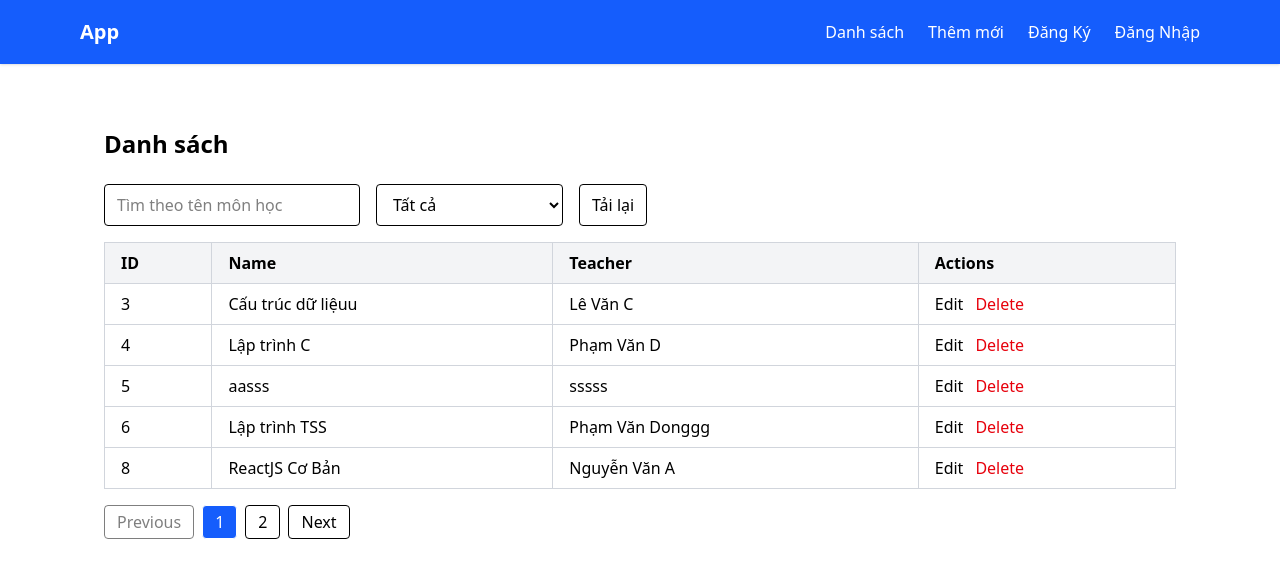
Repository: DODUCHUY195/Lap_Trinh_TypeScript
Page: /
The author's editor kept a copy of each file at every save. The page is drawn from the files as they stood at one save, then again after the next save.
The browser window is 1280 px wide. The pictures show the whole page.
The page's requests for data from a server got no answer. The project was rebuilt for these pictures with package versions that can differ from the ones it lists, and the page was loaded fresh each time. No one was signed in, and anything a server would have sent is missing. Requests to the local data server were answered from the project's data file. Also part of the build but not shown: vite.config.ts, src/pages/Add.tsx, src/pages/Edit.tsx, src/pages/AuthPage.tsx.

Above is the page before, as saved 2026-01-28 18:48:27.

### src/App.tsx
import { Toaster } from "react-hot-toast";
import { Link, Routes, Route } from "react-router-dom";

import List from "./pages/List";
import Add from "./pages/Add";
import Edit from "./pages/Edit";
import AuthPage from "./pages/AuthPage";


function App() {


  return (
    <>
      {/* NAVBAR */}

      <nav className="bg-blue-600 text-white shadow">
        <div className="max-w-6xl mx-auto px-4 h-16 flex items-center justify-between">
          <Link to="/" className="text-xl font-semibold">
            <strong>App</strong>
          </Link>

          <div className="flex items-center space-x-6">
            <Link to="/" className="hover:text-gray-200">
              Danh sách
            </Link>
            <Link to="/add" className="hover:text-gray-200">
              Thêm mới
            </Link>
             <Link to="/register" className="hover:text-gray-200">
              Đăng Ký
            </Link>
            <Link to="/login" className="hover:text-gray-200">
              Đăng Nhập
            </Link>
          </div>
        </div>
      </nav>

      <div className="max-w-6xl mx-auto mt-10 px-4">
        <Routes>
          <Route path="/" element={<List />} />
          <Route path="/add" element={<Add />} />
          <Route path="/edit/:id" element={<Edit />} />
          <Route path="/register" element={<AuthPage />} />
          <Route path="/login" element={<AuthPage isLogin={true} />} />

        </Routes>
      </div>

      <Toaster />
    </>
  );
}

export default App;

### src/pages/List.tsx
// Trang List: Hiển thị danh sách môn học với tìm kiếm theo tên, lọc theo giáo viên và phân trang
// - Gọi API qua axios tới json-server/json-server-auth
// - name_like: tìm theo tên (không phân biệt hoa/thường)
// - _page/_limit: phân trang
// - Authorization: kèm token khi cần (PUT/POST/DELETE; GET tùy rules)
// Import hook React để quản lý state và life-cycle
import { useEffect, useState } from "react";
// Import axios để gọi HTTP API
import axios from "axios";
// Import Link để điều hướng tới trang sửa
import { Link } from "react-router-dom";

// Khai báo kiểu dữ liệu Subject (một dòng trong danh sách)
type Subject = {
  // Khóa chính
  id: number;
  // Tên môn học
  name: string;
  // Số tín chỉ
  credit: number;
  // Loại môn học
  category: string;
  // Giáo viên phụ trách
  teacher: string;
};

function ListSimple() {

  // Danh sách môn học hiển thị trong bảng
  const [subjects, setSubjects] = useState<Subject[]>([]);
  // Từ khóa tìm kiếm theo tên
  const [searchTerm, setSearchTerm] = useState<string>("");
  // Giáo viên lọc (mặc định "Tất cả")
  const [teacherFilter, setTeacherFilter] = useState<string>("Tất cả");
  // Trang hiện tại
  const [currentPage, setCurrentPage] = useState<number>(1);
  // Số item mỗi trang
  const itemsPerPage = 5;
  // Danh sách giáo viên cho combobox
  const [teachers, setTeachers] = useState<string[]>(["Tất cả"]);
  // Tổng số trang (tính từ X-Total-Count header)
  const [totalPages, setTotalPages] = useState<number>(1);

  // Lần đầu vào trang: tải danh sách giáo viên
  useEffect(() => {
    const getTeachers = async () => {
      try {
        // Đọc token (nếu đã login) để gắn Authorization cho API cần quyền
        const token = localStorage.getItem("accessToken");
        const headers = token ? { Authorization: `Bearer ${token}` } : undefined;
        // Gọi API lấy toàn bộ (phân trang lớn) rồi suy ra danh sách giáo viên duy nhất
        // name_like không cần ở đây vì chỉ cần teacher
        const res = await axios.get<Subject[]>("http://localhost:3000/subject?_page=1&_limit=1000", { headers });
        const unique = Array.from(new Set(res.data.map((s) => s.teacher))).filter(Boolean);
        // Thêm "Tất cả" đứng đầu để tiện lọc
        setTeachers(["Tất cả", ...unique]);
      } catch (error) {
        // Log lỗi đơn giản
        console.log(error);
      }
    };
    getTeachers();
  }, []);

  // Khi thay đổi từ khóa hoặc giáo viên → reset về trang 1
  useEffect(() => {
    setCurrentPage(1);
  }, [searchTerm, teacherFilter]);

  // Mỗi khi search/filter/page thay đổi → gọi API danh sách
  useEffect(() => {
    const loadSubjects = async () => {
      try {
        const params = new URLSearchParams();
        // Xây dựng query: tìm theo name_like và lọc teacher
        if (searchTerm.trim()) params.set("name_like", searchTerm.trim());
        if (teacherFilter && teacherFilter !== "Tất cả") params.set("teacher", teacherFilter);
        // Phân trang theo _page/_limit (chuẩn json-server)
        params.set("_page", String(currentPage));
        params.set("_limit", String(itemsPerPage));
        // Nếu có token, gắn Authorization
        const token = localStorage.getItem("accessToken");
        const headers = token ? { Authorization: `Bearer ${token}` } : undefined;
        const res = await axios.get<Subject[]>(`http://localhost:3000/subject?${params.toString()}`, { headers });
        // Đọc tổng bản ghi từ header x-total-count để tính tổng trang
        const total = Number(res.headers["x-total-count"] ?? res.headers["X-Total-Count"] ?? "0");
        setSubjects(res.data);
        setTotalPages(Math.max(1, Math.ceil(total / itemsPerPage)));
      } catch (error) {
        console.log(error);
      }
    };
    loadSubjects();
  }, [searchTerm, teacherFilter, currentPage]);
  // Đảm bảo trang hiện tại không vượt quá tổng trang
  const page = Math.min(currentPage, totalPages);
  // Tạo mảng số trang [1..totalPages] để render nút
  const pages = Array.from({ length: totalPages }, (_, i) => i + 1);

  return (
    <div className="p-6">
      {/* Tiêu đề trang */}
      <h1 className="text-2xl font-semibold mb-6">Danh sách</h1>

      {/* Khu vực tìm kiếm và lọc giáo viên */}
      <div className="flex items-center gap-4 mb-4">
        <input
          // Dữ liệu nhập tìm kiếm
          value={searchTerm}
          // Cập nhật từ khóa
          onChange={(e) => setSearchTerm(e.target.value)}
          placeholder="Tìm theo tên môn học"
          className="border rounded px-3 py-2 w-64"
        />
        <select
          // Giá trị giáo viên đang lọc
          value={teacherFilter}
          // Cập nhật giáo viên chọn
          onChange={(e) => setTeacherFilter(e.target.value)}
          className="border rounded px-3 py-2"
        >
          {/* Render danh sách giáo viên */}
          {teachers.map((t) => (
            <option key={t} value={t}>
              {t}
            </option>
          ))}
        </select>
        <button
          className="px-3 py-2 border rounded"
          onClick={() => {
            // Tải lại danh sách thủ công
            const run = async () => {
              try {
                const params = new URLSearchParams();
                // Sử dụng cùng logic như loadSubjects để refetch thủ công
                if (searchTerm.trim()) params.set("name_like", searchTerm.trim());
                if (teacherFilter && teacherFilter !== "Tất cả") params.set("teacher", teacherFilter);
                params.set("_page", String(currentPage));
                params.set("_limit", String(itemsPerPage));
                const token = localStorage.getItem("accessToken");
                const headers = token ? { Authorization: `Bearer ${token}` } : undefined;
                const res = await axios.get<Subject[]>(`/api/subject?${params.toString()}`, { headers });
                const total = Number(res.headers["x-total-count"] ?? res.headers["X-Total-Count"] ?? "0");
                setSubjects(res.data);
                setTotalPages(Math.max(1, Math.ceil(total / itemsPerPage)));
              } catch (error) {
                console.log(error);
              }
            };
            run();
          }}
        >
          Tải lại
        </button>
      </div>

      {/* Bảng danh sách môn học */}
      <div className="overflow-x-auto">
        <table className="w-full border border-gray-300 rounded-lg">
          <thead className="bg-gray-100">
            <tr>
              <th className="px-4 py-2 border border-gray-300 text-left">ID</th>
              <th className="px-4 py-2 border border-gray-300 text-left">Name</th>
              <th className="px-4 py-2 border border-gray-300 text-left">Teacher</th>
              <th className="px-4 py-2 border border-gray-300 text-left">Actions</th>
            </tr>
          </thead>
          <tbody>
            {/* Duyệt danh sách và render từng dòng */}
            {subjects.map((item) => (
              <tr key={item.id} className="hover:bg-gray-50">
                <td className="px-4 py-2 border border-gray-300">{item.id}</td>
                <td className="px-4 py-2 border border-gray-300">{item.name}</td>
                <td className="px-4 py-2 border border-gray-300">{item.teacher}</td>
                <td className="px-4 py-2 border border-gray-300">
                  {/* Nút đi tới trang sửa */}
                  <Link to={`/edit/${item.id}`}>Edit</Link>
                  {/* Nút xóa — có confirm trước khi gọi API */}
                  <button
                    className="ml-3 text-red-600"
                    onClick={async () => {
                      // Xác nhận xóa
                      const ok = window.confirm(`Xóa ID ${item.id}?`);
                      if (!ok) return;
                      try {
                        // Gọi API xóa
                        const token = localStorage.getItem("accessToken");
                        const headers = token ? { Authorization: `Bearer ${token}` } : undefined;
                        // Kèm token để đảm bảo quyền xóa (json-server-auth)
                        await axios.delete(`http://localhost:3000/subject/${item.id}`, { headers });
                        // Xóa khỏi state để cập nhật UI
                        // Cập nhật state để UI loại bỏ dòng đã xóa ngay
                        setSubjects((prev) => prev.filter((s) => s.id !== item.id));
                      } catch (error) {
                        // Log lỗi đơn giản
                        console.log(error);
                      }
                    }}
                  >
                    Delete
                  </button>
                </td>
              </tr>
            ))}
          </tbody>
        </table>
      </div>
      {/* Khu vực phân trang */}
      <div className="flex items-center gap-2 mt-4">
        <button
          className="px-3 py-1 border rounded disabled:opacity-50"
          // Về trang trước (không nhỏ hơn 1)
          // Previous: lùi về trang trước, không nhỏ hơn 1
          disabled={page === 1}
          onClick={() => setCurrentPage((p) => Math.max(1, p - 1))}
        >
          Previous
        </button>
        {/* Render các nút số trang */}
        {/* Render danh sách số trang, tô màu trang hiện tại */}
        {pages.map((p) => (
          <button
            key={p}
            className={`px-3 py-1 border rounded ${p === page ? "bg-blue-600 text-white" : ""}`}
            onClick={() => setCurrentPage(p)}
          >
            {p}
          </button>
        ))}
        <button
          className="px-3 py-1 border rounded disabled:opacity-50"
          // Tới trang sau (không lớn hơn tổng trang)
          // Next: tiến về trang sau, không vượt quá tổng trang
          disabled={page === totalPages}
          onClick={() => setCurrentPage((p) => Math.min(totalPages, p + 1))}
        >
          Next
        </button>
      </div>
    </div>
  );
}

export default ListSimple;

### db.json
{
  "subject": [
    {
      "id": 3,
      "name": "Cấu trúc dữ liệuu",
      "credit": 3,
      "category": "Cơ sở",
      "teacher": "Lê Văn C"
    },
    {
      "id": 4,
      "name": "Lập trình C",
      "credit": 4,
      "category": "Đại cương",
      "teacher": "Phạm Văn D"
    },
    {
      "id": 5,
      "name": "aasss",
      "credit": 5,
      "category": "Chuyên ngành",
      "teacher": "sssss"
    },
    {
      "id": 6,
      "name": "Lập trình TSS",
      "credit": 6,
      "category": "Đại cương",
      "teacher": "Phạm Văn Donggg"
    },
    {
      "id": 8,
      "name": "ReactJS Cơ Bản",
      "credit": 3,
      "category": "Chuyên ngành",
      "teacher": "Nguyễn Văn A"
    },
    {
      "id": 9,
      "name": "ReactJS Nâng Caoo",
      "credit": 4,
      "category": "Chuyên ngành",
      "teacher": "Nguyễn Văn AF"
    },
    {
      "id": 10,
      "name": "ReactJS Cơ Bản",
      "credit": 5,
      "category": "Chuyên ngành",
      "teacher": "Nguyễn Văn Aaa"
    }
  ],
  "users": [
    {
      "id": 1,
      "username": "admin",
      "password": "admin123"
    },
    {
      "id": 2,
      "username": "user1",
      "password": "password1"
    }
  ]
}

Loaded but not shown: index.html (common file); src/main.tsx (common file); src/index.css (common file)

After the next save:
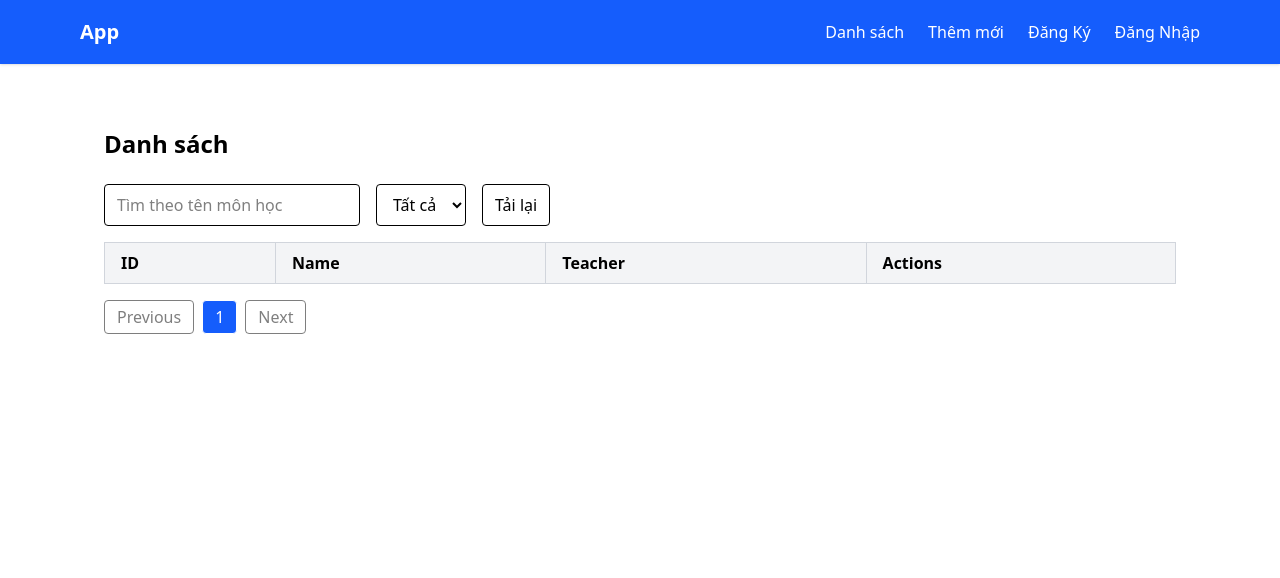
Saved 17 s later.
--- a/src/pages/List.tsx
+++ b/src/pages/List.tsx
@@ -50,7 +50,7 @@ function ListSimple() {
         const headers = token ? { Authorization: `Bearer ${token}` } : undefined;
         // Gọi API lấy toàn bộ (phân trang lớn) rồi suy ra danh sách giáo viên duy nhất
         // name_like không cần ở đây vì chỉ cần teacher
-        const res = await axios.get<Subject[]>("http://localhost:3000/subject?_page=1&_limit=1000", { headers });
+        const res = await axios.get<Subject[]>("/api/subject?_page=1&_limit=1000", { headers });
         const unique = Array.from(new Set(res.data.map((s) => s.teacher))).filter(Boolean);
         // Thêm "Tất cả" đứng đầu để tiện lọc
         setTeachers(["Tất cả", ...unique]);
@@ -81,7 +81,7 @@ function ListSimple() {
         // Nếu có token, gắn Authorization
         const token = localStorage.getItem("accessToken");
         const headers = token ? { Authorization: `Bearer ${token}` } : undefined;
-        const res = await axios.get<Subject[]>(`http://localhost:3000/subject?${params.toString()}`, { headers });
+        const res = await axios.get<Subject[]>(`/api/subject?${params.toString()}`, { headers });
         // Đọc tổng bản ghi từ header x-total-count để tính tổng trang
         const total = Number(res.headers["x-total-count"] ?? res.headers["X-Total-Count"] ?? "0");
         setSubjects(res.data);
@@ -188,7 +188,7 @@ function ListSimple() {
                         const token = localStorage.getItem("accessToken");
                         const headers = token ? { Authorization: `Bearer ${token}` } : undefined;
                         // Kèm token để đảm bảo quyền xóa (json-server-auth)
-                        await axios.delete(`http://localhost:3000/subject/${item.id}`, { headers });
+                        await axios.delete(`/api/subject/${item.id}`, { headers });
                         // Xóa khỏi state để cập nhật UI
                         // Cập nhật state để UI loại bỏ dòng đã xóa ngay
                         setSubjects((prev) => prev.filter((s) => s.id !== item.id));
